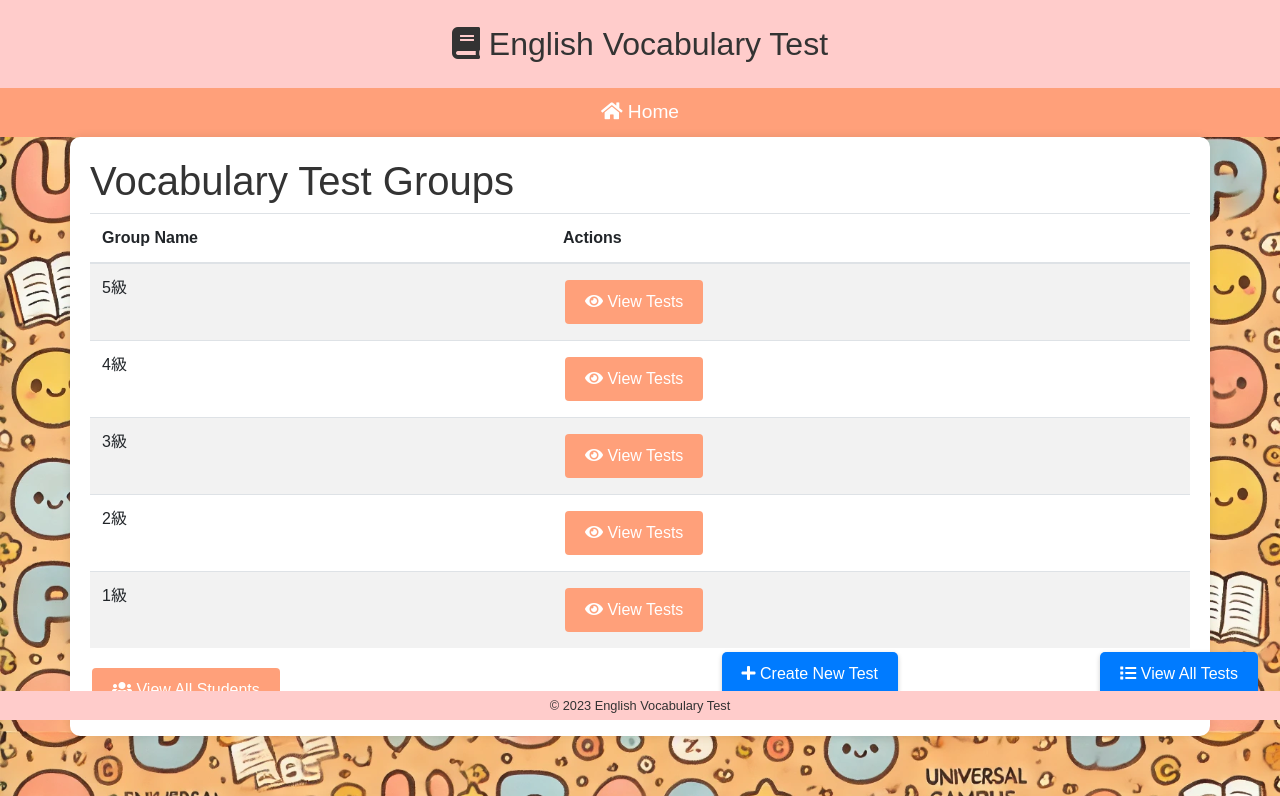
Repository: YamatoGH/testapp
Page: http://localhost/
These files come from the project's save history. The page is drawn as it stood at one moment and after the next save; the edit follows.
The browser window is 1280 px wide. The pictures show the whole page.
Backgrounds fixed to the window are drawn as part of the page. The page is served by the project's application, run on Django 5.2 (manage.py). Other server files are loaded and not shown. The page reads the database file committed with the project.

Above is the page before, as saved 2024-07-21 08:54:38.

### testapp/templates/testapp/home.html
{% extends "testapp/base.html" %}

{% block title %}Home{% endblock %}

{% block content %}
<h1>Vocabulary Test Groups</h1>
<table class="table table-striped table-hover">
    <thead>
        <tr>
            <th>Group Name</th>
            <th>Actions</th>
        </tr>
    </thead>
    <tbody>
        {% for group in groups %}
        <tr>
            <td>{{ group.name }}</td>
            <td><a href="{% url 'group_tests' group.id %}" class="btn btn-custom"><i class="fas fa-eye"></i> View Tests</a></td>
        </tr>
        {% endfor %}
    </tbody>
</table>

<!-- 新しいテストを作成するボタン -->
<a href="{% url 'create_test' %}" class="btn btn-custom create-test-button"><i class="fas fa-plus"></i> Create New Test</a>

<!-- すべての生徒を表示するボタン -->
<a href="{% url 'student_list' %}" class="btn btn-custom view-all-students-button"><i class="fas fa-users"></i> View All Students</a>

<!-- すべてのテストを表示するボタン -->
<a href="{% url 'all_tests' %}" class="btn btn-custom all-tests-button"><i class="fas fa-list"></i> View All Tests</a>

{% endblock %}

### testapp/templates/testapp/base.html
<!DOCTYPE html>
<html>
<head>
    {% load static %}
    <title>{% block title %}English Vocabulary Test{% endblock %}</title>
    <link rel="stylesheet" href="https://stackpath.bootstrapcdn.com/bootstrap/4.3.1/css/bootstrap.min.css">
    <link rel="stylesheet" href="https://cdnjs.cloudflare.com/ajax/libs/font-awesome/5.15.3/css/all.min.css">
    <link rel="stylesheet" type="text/css" href="{% static 'testapp/css/style.css' %}">
</head>
<body>
    <header>
        <i class="fas fa-book"></i> English Vocabulary Test
    </header>
    <nav>
        <a href="{% url 'home' %}"><i class="fas fa-home"></i> Home</a>
    </nav>
    <div class="container">
        {% block content %}{% endblock %}
    </div>
    <footer>
        &copy; 2023 English Vocabulary Test
    </footer>
</body>
<script>
    document.addEventListener("DOMContentLoaded", function() {
        var coll = document.getElementsByClassName("collapsible");
        for (var i = 0; i < coll.length; i++) {
            coll[i].addEventListener("click", function() {
                this.classList.toggle("active");
                var content = this.nextElementSibling;
                if (content.style.display === "block") {
                    content.style.display = "none";
                } else {
                    content.style.display = "block";
                }
            });
        }
    });
</script>
</html>

### testapp/models.py
from django.db import models

class Group(models.Model):
    name = models.CharField(max_length=100)

    def __str__(self):
        return self.name

class Test(models.Model):
    title = models.CharField(max_length=100)
    description = models.TextField(null=True, blank=True)
    words = models.ManyToManyField('Word', blank=True)
    group = models.ForeignKey(Group, on_delete=models.CASCADE, related_name='tests', null=True, blank=True)

    def __str__(self):
        return self.title

class Word(models.Model):
    word = models.CharField(max_length=100)
    meaning = models.CharField(max_length=255)

    def __str__(self):
        return self.word

class Student(models.Model):
    name = models.CharField(max_length=100)

    def __str__(self):
        return f"{self.name} "

### testapp/views.py
import csv
import pandas as pd
from django.shortcuts import render, redirect, get_object_or_404
from django.forms import formset_factory
from .forms import TestForm, WordForm
from .models import Word, Test, Group, Student
import random

def create_test(request):
    WordFormSet = formset_factory(WordForm, extra=1)
    if request.method == 'POST':
        form = TestForm(request.POST, request.FILES)
        formset = WordFormSet(request.POST, prefix='words')
        if form.is_valid() and formset.is_valid():
            test = form.save(commit=False)
            test.save()
            for word_form in formset:
                word = word_form.cleaned_data.get('word')
                meaning = word_form.cleaned_data.get('meaning')
                if word and meaning:
                    word_obj, created = Word.objects.get_or_create(word=word, meaning=meaning)
                    test.words.add(word_obj)
            if 'file' in request.FILES:
                file = request.FILES['file']
                if file.name.endswith('.csv'):
                    reader = csv.reader(file.read().decode('utf-8').splitlines())
                    for row in reader:
                        if len(row) == 2:
                            word, meaning = row
                            word_obj, created = Word.objects.get_or_create(word=word.strip(), meaning=meaning.strip())
                            test.words.add(word_obj)
                elif file.name.endswith('.xlsx'):
                    df = pd.read_excel(file)
                    for _, row in df.iterrows():
                        if len(row) >= 2:
                            word, meaning = row[0], row[1]
                            word_obj, created = Word.objects.get_or_create(word=word.strip(), meaning=meaning.strip())
                            test.words.add(word_obj)
            return redirect('home')
    else:
        form = TestForm()
        formset = WordFormSet(prefix='words')
    return render(request, 'testapp/create_test.html', {'form': form, 'formset': formset})

def all_tests(request):
    tests = Test.objects.all()
    return render(request, 'testapp/all_tests.html', {'tests': tests})

def group_tests(request, group_id):
    group = get_object_or_404(Group, id=group_id)
    tests = group.tests.all()  # 'tests' は 'related_name' に基づく
    return render(request, 'testapp/group_tests.html', {'group': group, 'tests': tests})

def home(request):
    groups = Group.objects.all()
    return render(request, 'testapp/home.html', {'groups': groups})

def test_detail(request, test_id):
    test = get_object_or_404(Test, id=test_id)
    words = test.words.all()
    return render(request, 'testapp/test_detail.html', {'test': test, 'words': words})

def print_test(request, test_id, start_index, end_index, shuffle):
    test = get_object_or_404(Test, id=test_id)
    words = list(test.words.all())
    if shuffle == 'yes':
        random.shuffle(words)
    words = words[start_index:end_index]
    return render(request, 'testapp/print_test.html', {'test': test, 'words': words})

def print_test_with_answers(request, test_id, start_index, end_index, shuffle):
    test = get_object_or_404(Test, id=test_id)
    words = list(test.words.all())
    if shuffle == 'yes':
        random.shuffle(words)
    words = words[start_index:end_index]
    return render(request, 'testapp/print_test_with_answers.html', {'test': test, 'words': words})

def student_list(request):
    students = Student.objects.all()
    return render(request, 'testapp/student_list.html', {'students': students})

### vocab_test/urls.py
"""
URL configuration for vocab_test project.

The `urlpatterns` list routes URLs to views. For more information please see:
    https://docs.djangoproject.com/en/5.0/topics/http/urls/
Examples:
Function views
    1. Add an import:  from my_app import views
    2. Add a URL to urlpatterns:  path('', views.home, name='home')
Class-based views
    1. Add an import:  from other_app.views import Home
    2. Add a URL to urlpatterns:  path('', Home.as_view(), name='home')
Including another URLconf
    1. Import the include() function: from django.urls import include, path
    2. Add a URL to urlpatterns:  path('blog/', include('blog.urls'))
"""
from django.contrib import admin
from django.urls import include, path

urlpatterns = [
    path('admin/', admin.site.urls),
    path('', include('testapp.urls')),
]

### testapp/urls.py
from django.conf import settings
from django.conf.urls.static import static
from django.urls import path
from . import views

urlpatterns = [
    path('', views.home, name='home'),
    path('test/<int:test_id>/', views.test_detail, name='test_detail'),
    path('print-test/<int:test_id>/<int:start_index>/<int:end_index>/<str:shuffle>/', views.print_test, name='print_test'),
    path('print-test-with-answers/<int:test_id>/<int:start_index>/<int:end_index>/<str:shuffle>/', views.print_test_with_answers, name='print_test_with_answers'),
    path('create-test/', views.create_test, name='create_test'),
    path('group-tests/<int:group_id>/', views.group_tests, name='group_tests'),
    path('all-tests/', views.all_tests, name='all_tests'),
    path('students/', views.student_list, name='student_list'),
]

if settings.DEBUG:
    urlpatterns += static(settings.STATIC_URL, document_root=settings.STATIC_ROOT)

### testapp/static/testapp/css/style.css
body {
    font-family: 'Comic Sans MS', cursive, sans-serif;
    background-color: #f0f8ff;
    color: #333;
    margin: 0;
    padding: 0;
    background-image: url('/static/testapp/images/background.jpg'); /* ここに背景画像のURLを入力 */
    background-size: cover;
    background-repeat: no-repeat;
    background-attachment: fixed; /* 背景画像を固定 */
    display: flex;
    flex-direction: column;
    min-height: 100vh;
}

header {
    background-color: #ffcccb;
    padding: 20px;
    text-align: center;
    font-size: 2em;
    color: #333;
}

nav {
    background-color: #ffa07a;
    padding: 10px;
    text-align: center;
}

nav a {
    margin: 0 15px;
    color: #fff;
    text-decoration: none;
    font-size: 1.2em;
}

nav a:hover {
    text-decoration: underline;
}

.container {
    flex: 1;  /* Main content will take all available space */
    padding: 20px;
    background-color: rgba(255, 255, 255, 1.0);
    border-radius: 10px;
    box-shadow: 0 0 10px rgba(0, 0, 0, 0.1);
    margin-bottom: 60px;  /* Add some space at the bottom to avoid overlap with the footer */
}

footer {
    background-color: #ffcccb;
    padding: 5px;  /* Adjusted padding */
    text-align: center;
    font-size: 0.8em;  /* Adjusted font size */
    position: fixed;
    width: 100%;
    bottom: 0;
}

.btn-custom {
    background-color: #ffa07a;
    border: none;
    color: white;
    padding: 10px 20px;
    text-align: center;
    text-decoration: none;
    display: inline-block;
    font-size: 16px;
    margin: 4px 2px;
    transition-duration: 0.4s;
    cursor: pointer;
}

.btn-custom:hover {
    background-color: white;
    color: black;
    border: 2px solid #ffa07a;
}

.collapsible {
    cursor: pointer;
    padding: 10px;
    width: 100%;
    border: none;
    text-align: center;
    outline: none;
    font-size: 1em;
}

.active, .collapsible:hover {
    background-color: #ddd;
}

.collapsible-content {
    display: none;
    overflow: hidden;
    padding: 0 10px;
}

.all-tests-button, .create-test-button {
    position: fixed;
    bottom: 20px;
    background-color: #007bff;
    color: white;
    padding: 10px 20px;
    border-radius: 5px;
    text-decoration: none;
    box-shadow: 0 2px 5px rgba(0,0,0,0.2);
    transition: background-color 0.3s ease;
}

.all-tests-button:hover, .create-test-button:hover {
    background-color: #0056b3;
}

.all-tests-button {
    right: 20px;
}

.view-all-students-button {
    right: 188px; /* Adjust as needed */
}

.create-test-button {
    right: 380px; /* Adjust as needed */
}

### db.sqlite3 (the tables this page reads, as SQL)
CREATE TABLE "testapp_group" ("id" integer NOT NULL PRIMARY KEY AUTOINCREMENT, "name" varchar(100) NOT NULL);
INSERT INTO "testapp_group" VALUES
(3, '5級'),
(5, '4級'),
(6, '3級'),
(7, '2級'),
(8, '1級');

After the next save:
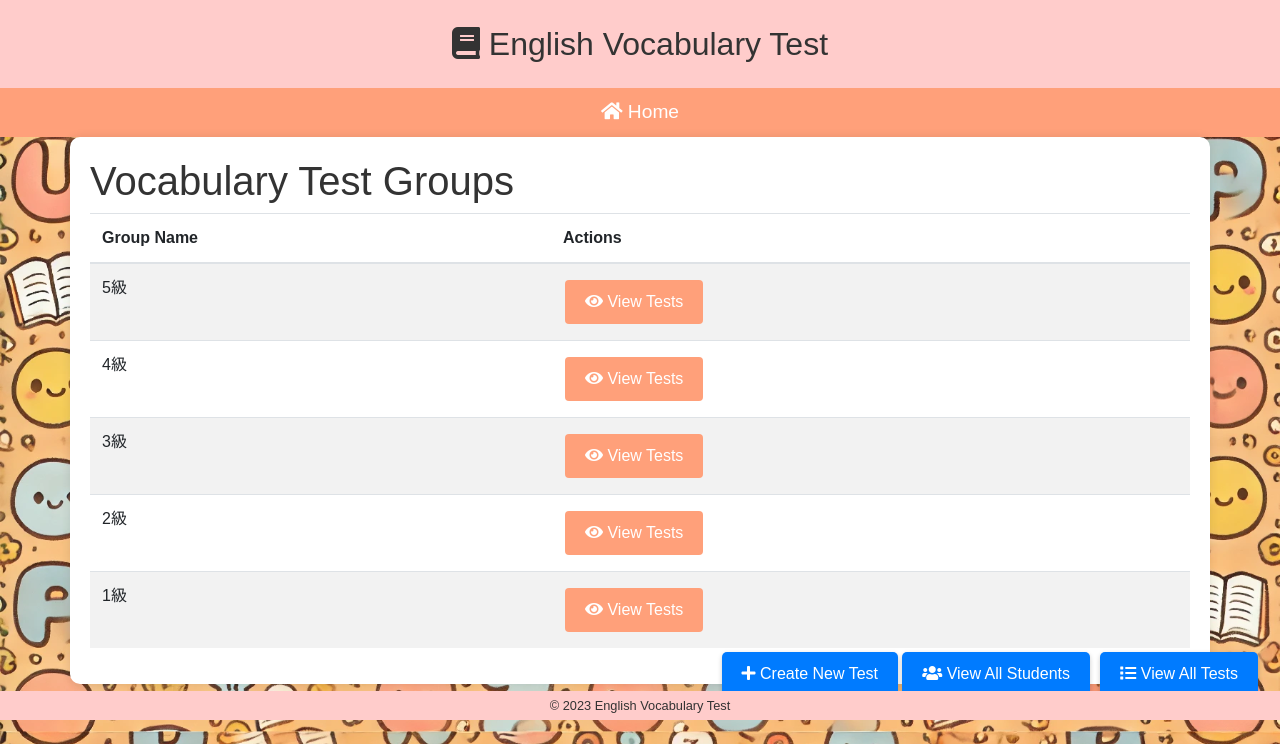
Saved 70 s later.
--- a/testapp/static/testapp/css/style.css
+++ b/testapp/static/testapp/css/style.css
@@ -97,7 +97,7 @@ footer {
     padding: 0 10px;
 }
 
-.all-tests-button, .create-test-button {
+.all-tests-button, .create-test-button, .view-all-students-button {
     position: fixed;
     bottom: 20px;
     background-color: #007bff;
